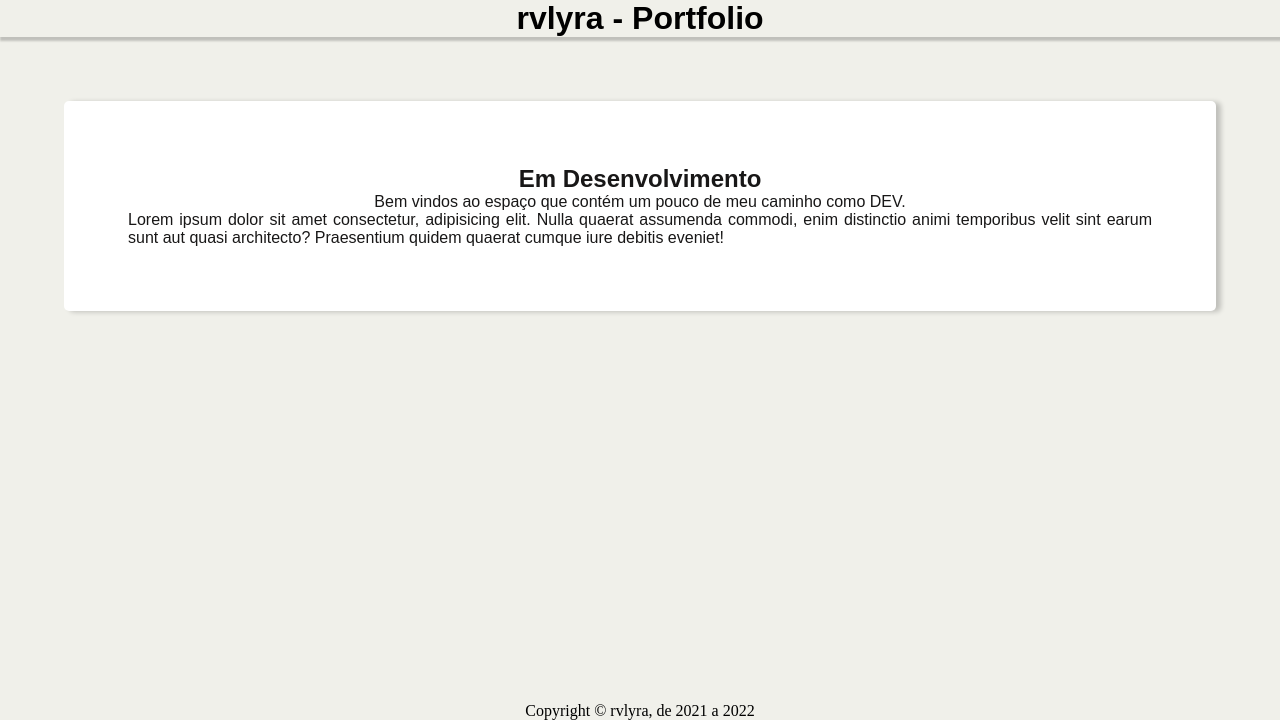
Repository: rvlyra/splash-screen-rvlyra
Page: Portfolio-RVLYRA/public/index.html
The author's editor kept a copy of each file at every save. The page is drawn from the files as they stood at one save, then again after the next save.
The browser window is 1280 px wide. The pictures show the whole page.
Some web fonts or font styles are not loaded; a fallback is used.

Above is the page before, as saved 2022-07-06 09:39:44.

### Portfolio-RVLYRA/public/index.html
<!DOCTYPE html>
<html lang="en">
<head>
    <meta charset="UTF-8">
    <meta http-equiv="X-UA-Compatible" content="IE=edge">
    <meta name="viewport" content="width=device-width, initial-scale=1.0">
    <link rel="stylesheet" href="../assets/src/css/rl.main.css">
    <title>rvlyra @ Portfolio</title>
</head>
<body>
    <main>

        <header class="header">
            <h1>rvlyra - Portfolio</h1>
        </header>

        <section class="sec-one">
            <h2>Em Desenvolvimento</h2>
            <p>Bem vindos ao espaço que contém um pouco de meu caminho como DEV.</p>
            <p>Lorem ipsum dolor sit amet consectetur, adipisicing elit. Nulla quaerat assumenda commodi, enim distinctio animi temporibus velit sint earum sunt aut quasi architecto? Praesentium quidem quaerat cumque iure debitis eveniet!</p>
        </section>
        <section></section>
        <section></section>


    </main>
    <footer class="footer">
        <p>Copyright © rvlyra, de 2021 a <span id="ano"></span></p>
    </footer>


      <script src="../assets/src/js/rl.main.js"></script>
</body>
</html>

### Portfolio-RVLYRA/assets/src/css/rl.main.css
@import url('https://fonts.googleapis.com/css2?family=Mingzat&display=swap');

* {
    margin: 0;
    padding: 0;
    box-sizing: border-box;
}

.header {
    font-family: 'Mingzat', sans-serif;
    display:flex;
    justify-content:center;
    align-items:center;
    box-shadow: 2px 2px 2px 2px rgba(0, 0, 0, 0.2);
}

main {
    background-color: rgb(240, 240, 234);
    width:100vw;
    height:100vh;
}

.sec-one {
    font-family: 'Mingzat', sans-serif;
    display:flex;
    justify-content:space-evenly;
    align-items:center;
    flex-direction: column;
    color: rgb(24, 23, 23);
    text-align: justify;
    margin: 5%;
    padding: 5%;
    border-radius: 5px;
    box-shadow: 5px 1px 5px rgba(0, 0, 0, 0.2);

    background-color:rgb(255, 255, 255);

}

.footer {
    width: 100%;
    bottom: 0;
    position: fixed;
    text-align: center;
}

### Portfolio-RVLYRA/assets/src/js/rl.main.js
const ano = document.getElementById("ano");
const anoAtual = new Date();
ano.innerHTML = anoAtual.getFullYear();

After the next save:
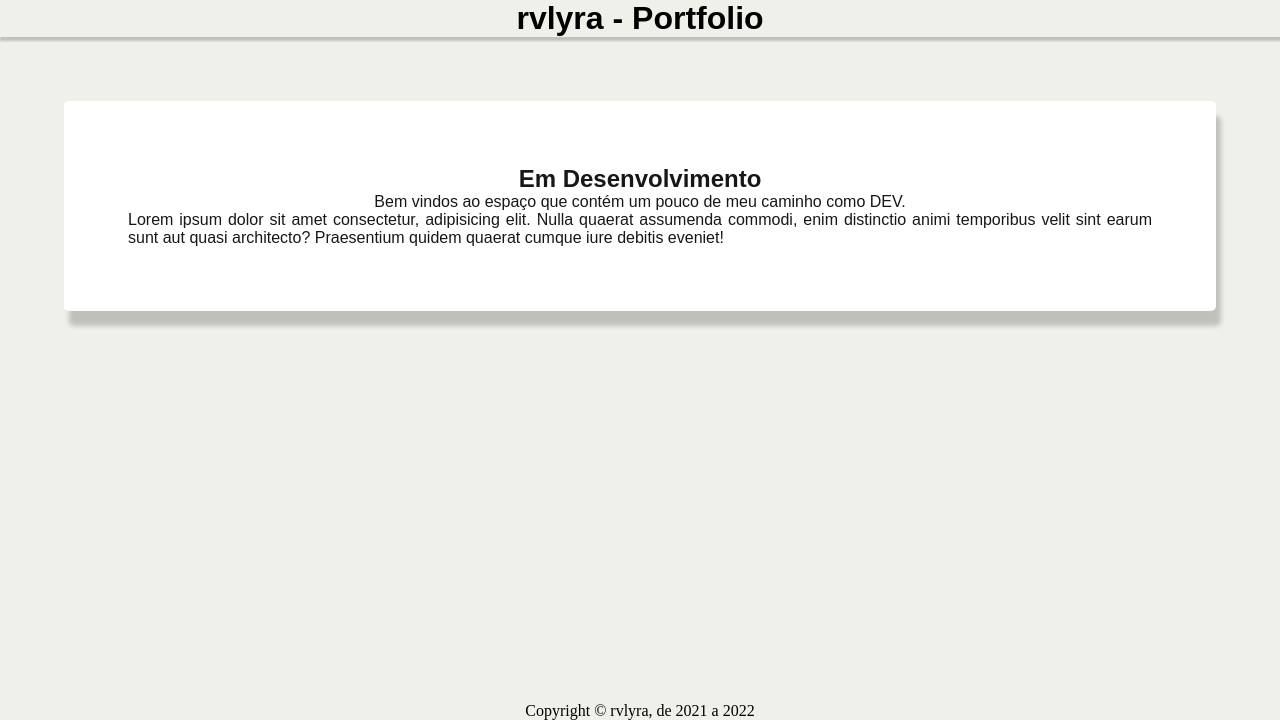
Saved 7 s later.
--- a/Portfolio-RVLYRA/assets/src/css/rl.main.css
+++ b/Portfolio-RVLYRA/assets/src/css/rl.main.css
@@ -31,7 +31,7 @@ main {
     margin: 5%;
     padding: 5%;
     border-radius: 5px;
-    box-shadow: 5px 1px 5px rgba(0, 0, 0, 0.2);
+    box-shadow: 5px 15px 5px rgba(0, 0, 0, 0.2);
 
     background-color:rgb(255, 255, 255);
 
